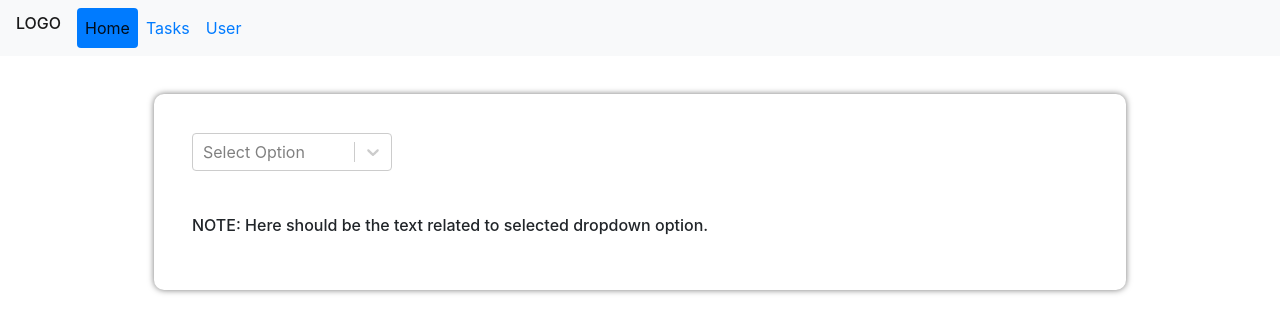
Repository: lalji-yadav/Nimapinfotech-demo-project
Page: /
These files come from the project's save history. The page is drawn as it stood at one moment and after the next save; the edit follows.
The browser window is 1280 px wide. The pictures show the whole page.
The project was rebuilt for these pictures with package versions that can differ from the ones it lists, and the page was loaded fresh each time. Also part of the build but not shown: src/components/Tasks.js, src/components/Users.js, src/components/Login.js.

Above is the page before, as saved 2021-01-18 16:17:58.

After the next save:
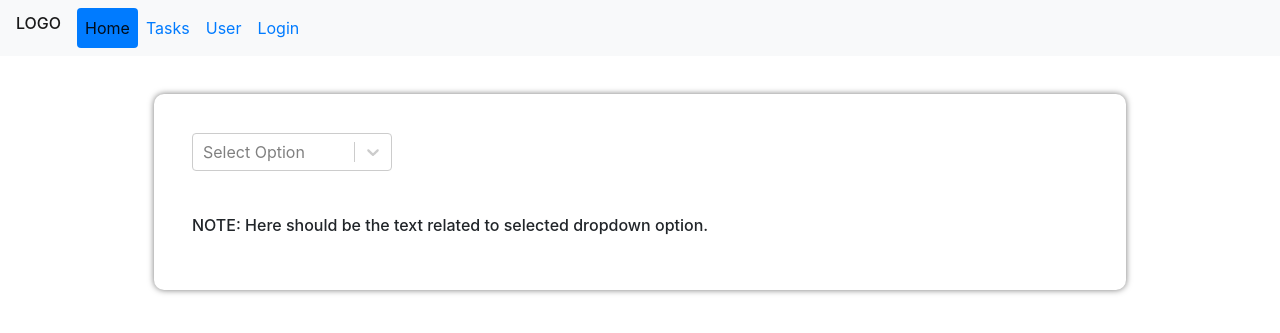
Saved 31 s later.
--- a/src/components/Navbars.js
+++ b/src/components/Navbars.js
@@ -34,6 +34,12 @@ const Navbars=()=> {
                           <Link to="/user"> User </Link>
                           </Nav.Link>
                         </Nav.Item>
+
+                        <Nav.Item>
+                          <Nav.Link eventKey="link-2">
+                          <Link to="/user"> Login </Link>
+                          </Nav.Link>
+                        </Nav.Item>
                       </Nav>
                       </Navbar.Collapse>
                     </Navbar>
